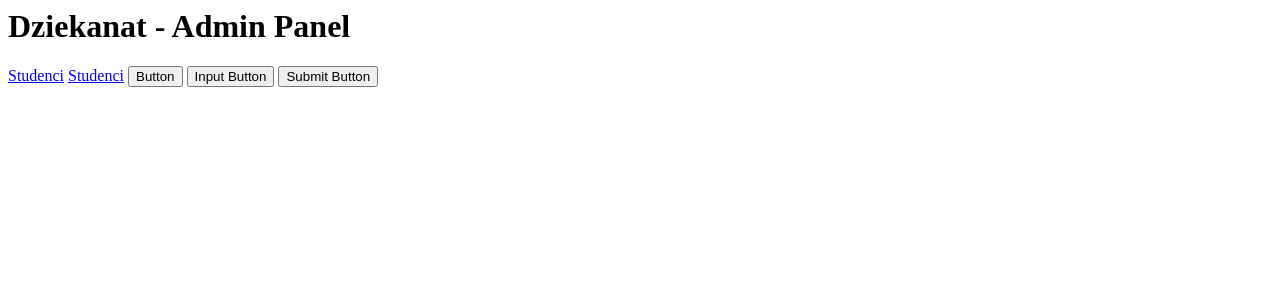
Repository: wojciechDrozd/php
Page: http://localhost/adminMenuBar.php
The author's editor kept a copy of each file at every save. The page is drawn from the files as they stood at one save, then again after the next save.
The browser window is 1280 px wide. The pictures show the whole page.
The page is run by PHP 8.4 with error messages shown; the project is at /var/www/html/.

Above is the page before, as saved 2017-04-12 19:25:35.

After the next save:
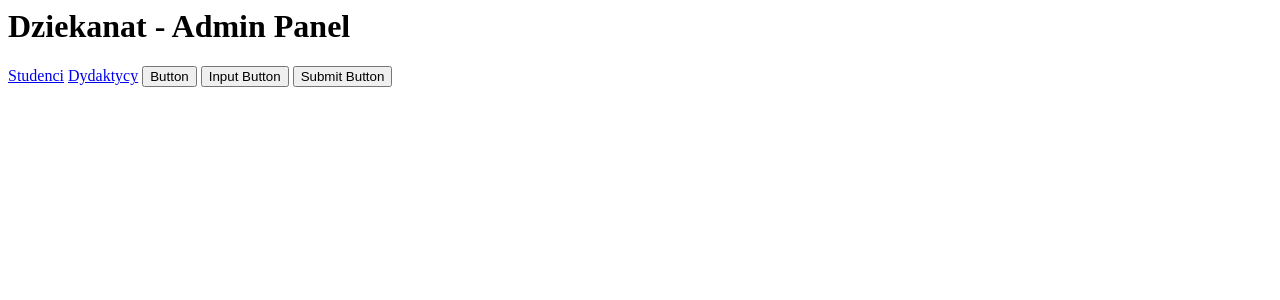
Saved 6 s later.
--- a/1/CRUDexample/adminMenuBar.php
+++ b/1/CRUDexample/adminMenuBar.php
@@ -7,7 +7,7 @@
 	<div class="row">
 		<div class="container">
 			<a href="studentsTable.php" class="btn btn-info" role="button">Studenci</a>
-			<a href="teachersTable.php" class="btn btn-info" role="button">Studenci</a>
+			<a href="teachersTable.php" class="btn btn-info" role="button">Dydaktycy</a>
 			<button type="button" class="btn btn-info">Button</button>
 			<input type="button" class="btn btn-info" value="Input Button"> <input
 				type="submit" class="btn btn-info" value="Submit Button">
